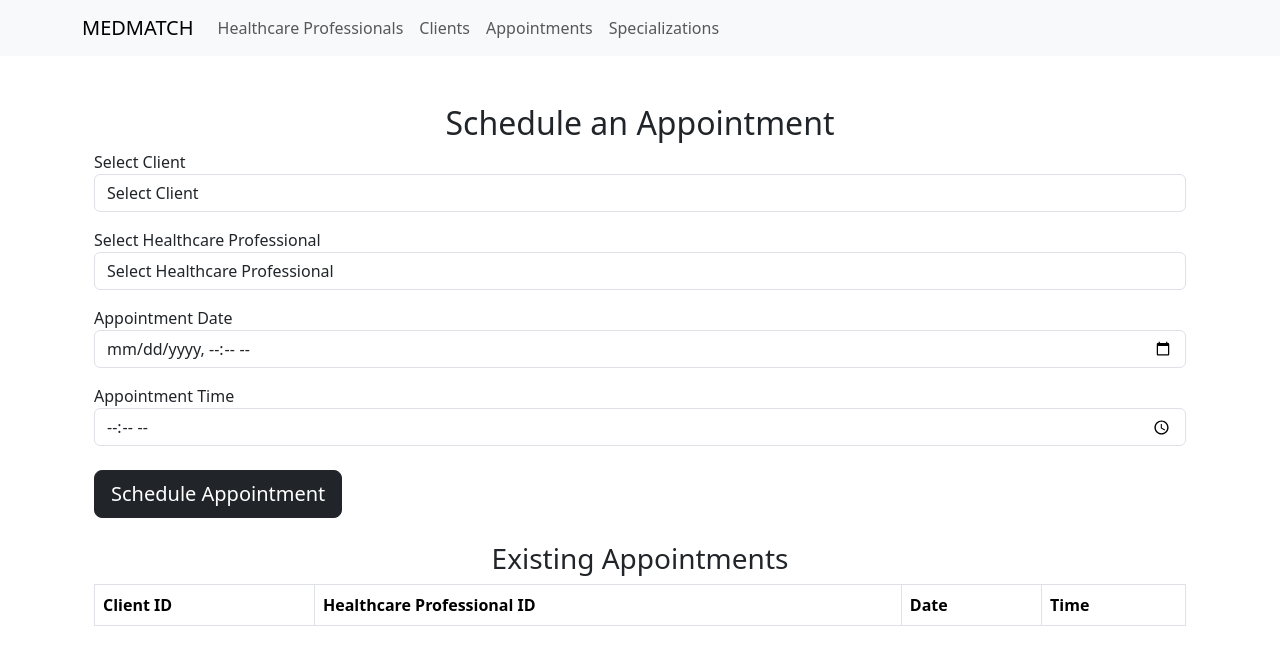
Repository: fahma20/medmatch-platform
Page: /appointments (app in client/)
An editor plug-in stored every save of this project. The page is shown before and after a run of saves, followed by the edit.
The browser window is 1280 px wide. The pictures show the whole page.
The page's requests for data from a server got no answer. The project was rebuilt for these pictures with package versions that can differ from the ones it lists, and the page was loaded fresh each time. No one was signed in, and anything a server would have sent is missing. Also part of the build but not shown: client/src/components/Healthcareprofessionals.js, client/src/components/Specializations.js, client/src/components/Clients.js, client/src/components/Homepage.js.

Above is the page before, as saved 2025-01-31 10:33:41.

After the next 2 saves:
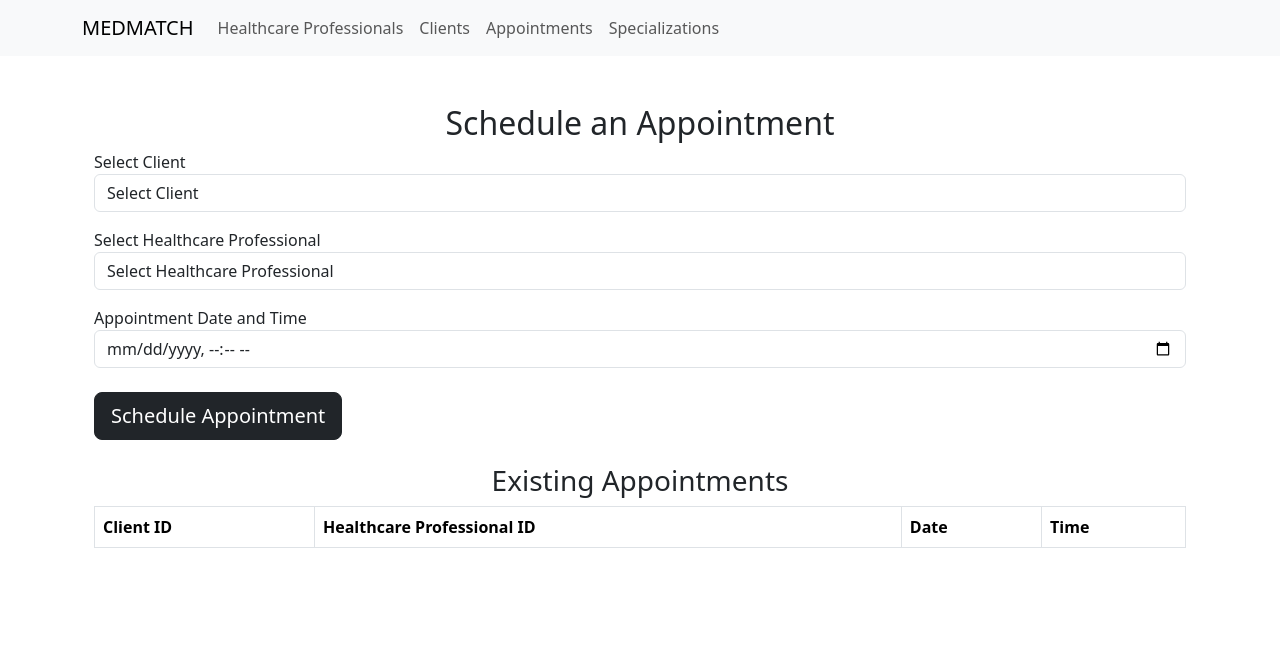
The 2 saves are shown as one change because they came seconds apart.
The last was saved 28 h 8 min later.
--- a/client/src/components/Appointments.js
+++ b/client/src/components/Appointments.js
@@ -231,7 +231,20 @@
       setClientId('');
       setProfessionalId('');
       setAppointmentDate('');
-
+  };
+
+  // Function to format date and time into the desired format
+  const formatDateAndTime = (dateTime) => {
+      const date = new Date(dateTime);
+      return date.toLocaleString('en-US', {
+          weekday: 'short',  // Day of the week (e.g., 'Mon')
+          year: 'numeric',
+          month: '2-digit',
+          day: '2-digit',
+          hour: '2-digit',
+          minute: '2-digit',
+          hour12: true, // AM/PM format
+      });
   };
 
   return (
@@ -269,20 +282,12 @@
                   </select>
               </div>
               <div className="form-group mt-3">
-                  <label>Appointment Date</label>
+                  <label>Appointment Date and Time</label>
                   <input
                       type="datetime-local"
                       className="form-control"
                       value={appointmentDate}
                       onChange={(e) => setAppointmentDate(e.target.value)}
-                      required
-                  />
-              </div>
-              <div className="form-group mt-3">
-                  <label>Appointment Time</label>
-                  <input
-                      type="time"
-                      className="form-control"
                       required
                   />
               </div>
@@ -305,14 +310,18 @@
                       </tr>
                   </thead>
                   <tbody>
-                      {appointments.map((appointment) => (
-                          <tr key={appointment.id}>
-                              <td>{appointment.client_id}</td>
-                              <td>{appointment.healthcare_professional_id}</td>
-                              <td>{appointment.date}</td>
-                              <td>{appointment.time}</td>
-                          </tr>
-                      ))}
+                      {appointments.map((appointment) => {
+                          const formattedDateTime = formatDateAndTime(appointment.date);
+                          const [date, time] = formattedDateTime.split(', '); // Split date and time
+                          return (
+                              <tr key={appointment.id}>
+                                  <td>{appointment.client_id}</td>
+                                  <td>{appointment.healthcare_professional_id}</td>
+                                  <td>{date}</td>
+                                  <td>{time}</td>
+                              </tr>
+                          );
+                      })}
                   </tbody>
               </table>
           </div>
